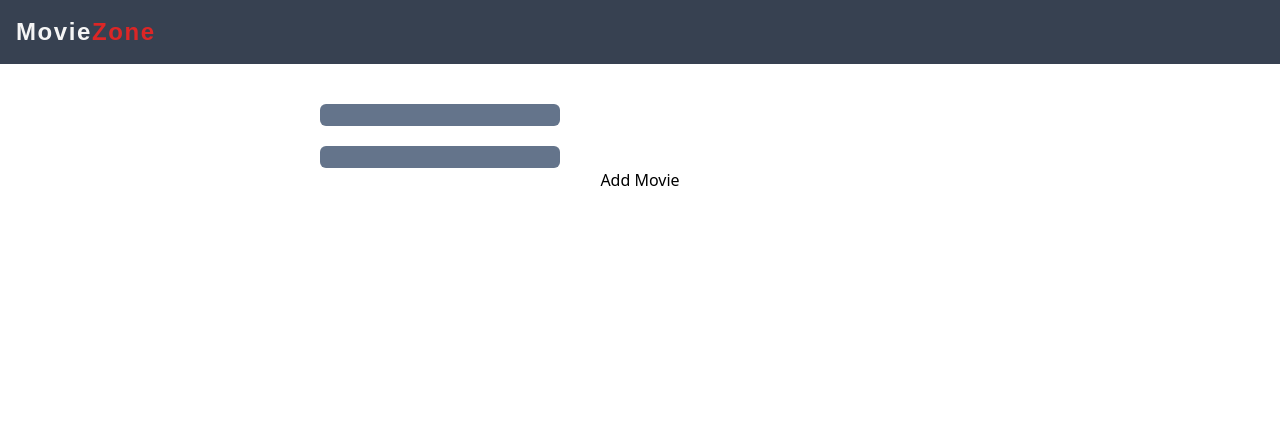
Repository: Ucheobikingsley/movie_catalogue
Page: /addmovie (app in etap_movie_catalog/)
These files come from the project's save history. The page is drawn as it stood at one moment and after a run of saves; the edit follows.
The browser window is 1280 px wide. The pictures show the whole page.
Some web fonts or font styles are not loaded; a fallback is used. The project was rebuilt for these pictures with package versions that can differ from the ones it lists, and the page was loaded fresh each time. The framework's server and built-in components were replaced by stand-ins that run in the browser. Also part of the build but not shown: etap_movie_catalog/next.config.js.

Above is the page before, as saved 2023-05-01 09:09:18.

### etap_movie_catalog/pages/_app.tsx
import { Layout } from '@/components/Layout'
import '@/styles/globals.css'
import type { AppProps } from 'next/app'

export default function App({ Component, pageProps }: AppProps) {
  return(
    <Layout>
        <Component {...pageProps} />
    </Layout>
  )


}

### etap_movie_catalog/pages/addmovie.tsx
import React from 'react'

const addmovie = () => {
  return (
    <div className="mt-10 mx-auto w-1/2 h-12 flex flex-col">
      <input type="text"  className='rounded-md outline-none h-12 pl-2 w-60 bg-slate-500'/>
      <input type="text" className='rounded-md outline-none h-12 pl-2 w-60 bg-slate-500 mt-5' />

       <button>Add Movie</button>
    </div>
  )
}

export default addmovie

### etap_movie_catalog/components/Layout.tsx
import React,{ReactNode} from 'react'
import Navbar from './Navbar'
type LayoutProps = {children?: ReactNode}
export const Layout = ({children}:LayoutProps) => {
  return (
    <>
    <Navbar/>
    <main>
        {children}
    </main>
    </>
  )
}

### etap_movie_catalog/styles/globals.css
@import url('https://fonts.googleapis.com/css2?family=Comme&display=swap');
@tailwind base;
@tailwind components;
@tailwind utilities;

/* :root {
  --foreground-rgb: 0, 0, 0;
  --background-start-rgb: 214, 219, 220;
  --background-end-rgb: 255, 255, 255;
}

@media (prefers-color-scheme: dark) {
  :root {
    --foreground-rgb: 255, 255, 255;
    --background-start-rgb: 0, 0, 0;
    --background-end-rgb: 0, 0, 0;
  }
}

body {
  color: rgb(var(--foreground-rgb));
  background: linear-gradient(
      to bottom,
      transparent,
      rgb(var(--background-end-rgb))
    )
    rgb(var(--background-start-rgb));
} */

### etap_movie_catalog/components/Navbar.tsx
import Link from 'next/link'
import React from 'react'

const Navbar = () => {
  return (
    <div className='bg-gray-700 '>
        <div className="font-bold text-neutral-100 p-4 max-w-7xl mx-auto container tracking-widest font-neue">
            <Link href="/" className='text-base md:text-2xl'>
                Movie<span className='text-red-600'>Zone</span>
            </Link>

        </div>
    </div>
  )
}

export default Navbar

### etap_movie_catalog/tailwind.config.js
/** @type {import('tailwindcss').Config} */
module.exports = {
  content: [
    "./pages/**/*.{js,ts,jsx,tsx,mdx}",
    "./components/**/*.{js,ts,jsx,tsx,mdx}",
    "./app/**/*.{js,ts,jsx,tsx,mdx}",
  ],
  theme: {
    extend: {
      backgroundImage: {
        "gradient-radial": "radial-gradient(var(--tw-gradient-stops))",
        "gradient-conic":
          "conic-gradient(from 180deg at 50% 50%, var(--tw-gradient-stops))",
      },
      fontFamily: {
        neue: ["Comme", "sans-serif"],
      },
    },
  },
  plugins: [],
};

Loaded but not shown: etap_movie_catalog/pages/_document.tsx (common file)

After the next 6 saves:
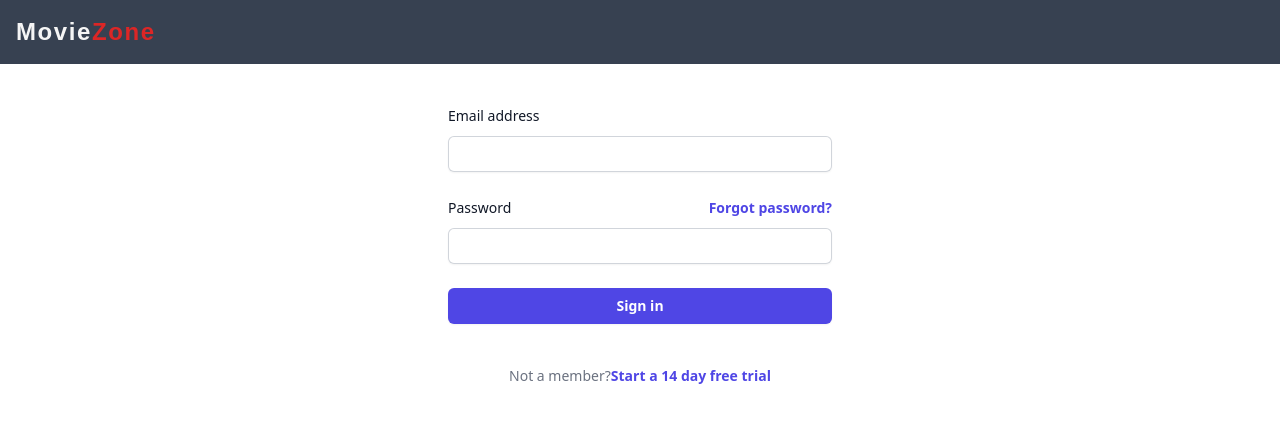
The 6 saves are shown as one change because 5 did not build or start.
The last was saved 4 min 31 s later.
--- a/etap_movie_catalog/pages/addmovie.tsx
+++ b/etap_movie_catalog/pages/addmovie.tsx
@@ -2,12 +2,37 @@
 
 const addmovie = () => {
   return (
-    <div className="mt-10 mx-auto w-1/2 h-12 flex flex-col">
-      <input type="text"  className='rounded-md outline-none h-12 pl-2 w-60 bg-slate-500'/>
-      <input type="text" className='rounded-md outline-none h-12 pl-2 w-60 bg-slate-500 mt-5' />
+    <div className="mt-10 sm:mx-auto sm:w-full sm:max-w-sm">
+    <form className="space-y-6" action="#" method="POST">
+      <div>
+        <label  className="block text-sm font-medium leading-6 text-gray-900">Email address</label>
+        <div className="mt-2">
+          <input id="email" name="email" type="email"  required className="block w-full rounded-md border-0 py-1.5 text-gray-900 shadow-sm ring-1 ring-inset ring-gray-300 placeholder:text-gray-400 focus:ring-2 focus:ring-inset focus:ring-indigo-600 sm:text-sm sm:leading-6"/>
+        </div>
+      </div>
 
-       <button>Add Movie</button>
-    </div>
+      <div>
+        <div className="flex items-center justify-between">
+          <label  className="block text-sm font-medium leading-6 text-gray-900">Password</label>
+          <div className="text-sm">
+            <a href="#" className="font-semibold text-indigo-600 hover:text-indigo-500">Forgot password?</a>
+          </div>
+        </div>
+        <div className="mt-2">
+          <input id="password" name="password" type="password" required className="block w-full rounded-md border-0 py-1.5 text-gray-900 shadow-sm ring-1 ring-inset ring-gray-300 placeholder:text-gray-400 focus:ring-2 focus:ring-inset focus:ring-indigo-600 sm:text-sm sm:leading-6"/>
+        </div>
+      </div>
+
+      <div>
+        <button type="submit" className="flex w-full justify-center rounded-md bg-indigo-600 px-3 py-1.5 text-sm font-semibold leading-6 text-white shadow-sm hover:bg-indigo-500 focus-visible:outline focus-visible:outline-2 focus-visible:outline-offset-2 focus-visible:outline-indigo-600">Sign in</button>
+      </div>
+    </form>
+
+    <p className="mt-10 text-center text-sm text-gray-500">
+      Not a member?
+      <a href="#" className="font-semibold leading-6 text-indigo-600 hover:text-indigo-500">Start a 14 day free trial</a>
+    </p>
+  </div>
   )
 }
 
